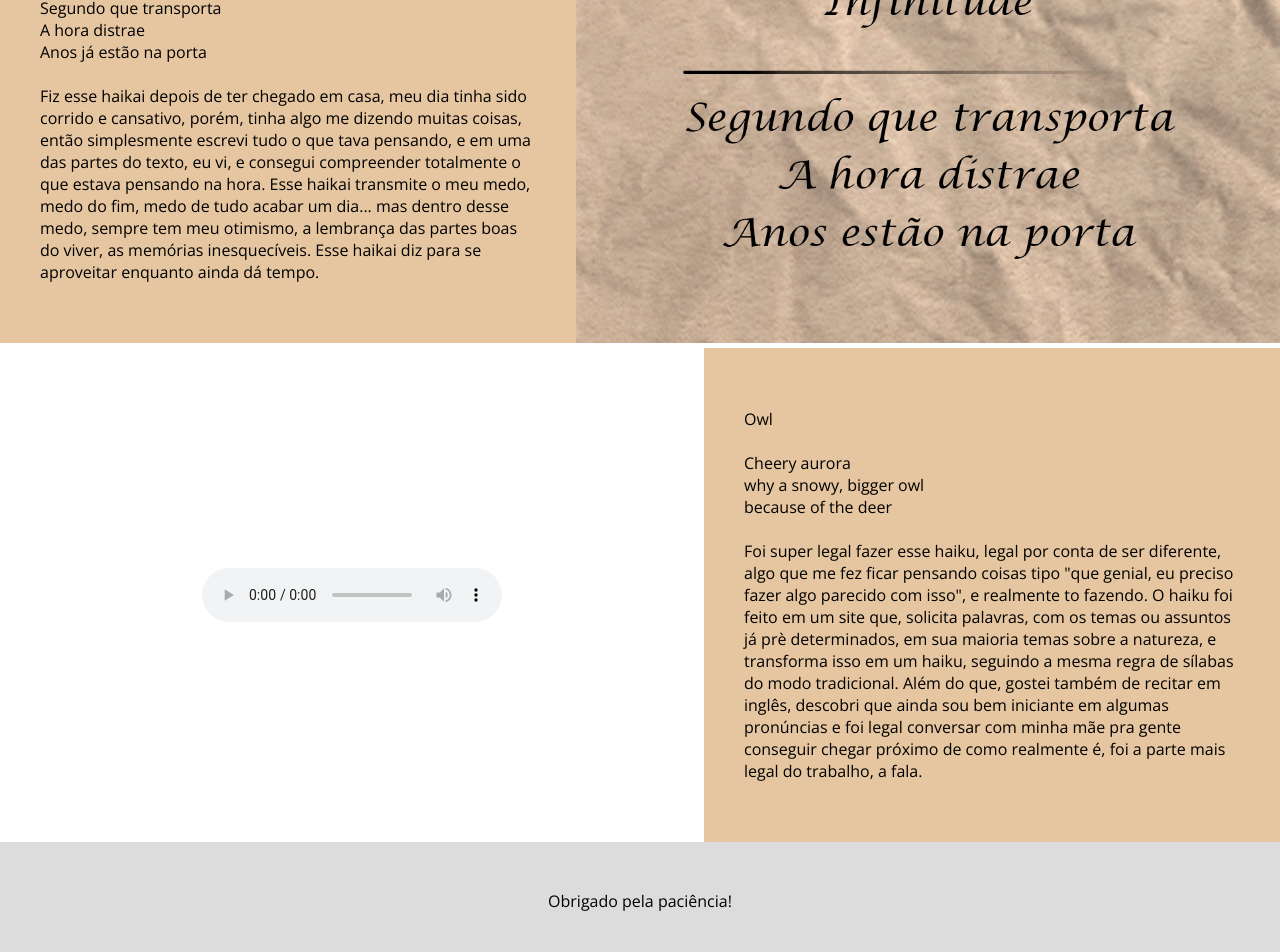
Repository: NewMatheusED/portfolio-linguagens
Page: index.html
These files come from the project's save history. The page is drawn as it stood at one moment and after the next save; the edit follows.
The browser window is 1280 px wide. The pictures show the part of the page from y = 1324 to 2276 px (the page is 2276 px tall before and 2196 px after).

Above is the page before, as saved 2022-11-20 23:08:11.

### index.html
<!DOCTYPE html>
<html lang="pt-br">
<head>
    <meta charset="UTF-8">
    <link href="https://fonts.googleapis.com/css2?family=Open+Sans&display=swap" rel="stylesheet">
    <link rel="stylesheet" href="style.css">
    <meta name="viewport" content="width=device-width, initial-scale=1.0">
    <meta name="description" content="Trabalho Integrado de linguagens 4º bimestre">
    <meta name="keywords" content="LandingPage,Início,Começo">
    <meta name="author" content="Matheus Eduardo">
    <title>Integrado de Linguagens</title>
</head>
<body>
    <header>
        <div class="container">
            <h2>MATHEUS EDUARDO MENDONÇA GOMES</h2>
            <div class="clear"></div><!--clear-->
        </div><!--container-->
    </header>

    <section class="chamada">
        <div class="container">
           <div><h2>Trabalho Integrado de Linguagens</h2></div>
            <div><p>Olá! Esse é meu portfólio com os trabalhos produzidos na área. Espero que goste!
            </p></div>
                <div class="arrow"></div>
                </div><!--container-->
    </section><!--chamada-->

    <section class="mosaico">

        <div class="container">

            <div class="flex-mosaico">
                <div class="item-1-mosaico" style="background-image: url(cobra.jpg);">
                </div><!--item-1-mosaico-->

                <div class="item-2-mosaico">
                    <p><b></b>Como proposta para a área de arte, tivemos que desenhar algo para ser a logo da nossa sala, e assim fazer uma estampa de camisa. O tema foi sorteado pela sala, cobra, algo que não me agradou muito, porém tudo bem... Como ideia, quis fazer uma cobra em movimento, para se fixar em posição de ataque. Fiz algo minimalista, porém com uma leve textura para dar inpressão de pele mais grossa.</p>
                </div><!--item-2-mosaico-->
            </div><!--flex-mosaico-->

            <div class="flex-mosaico" style="flex-direction: row-reverse;">
                <div class="item-1-mosaico" style="background-image: url(bordado.jpg);">
                </div><!--item-1-mosaico-->

                <div class="item-2-mosaico">
                    <p>Sendo o trabalho mais legal e mais chato ao mesmo tempo, fazer o bordado foi algo que saiu do que esperava. Ainda não posso dizer que entendi o porquê dessa solicitação, porém foi legal ficar fazendo isso com a minha mãe, algo que realmente me distraiu demais. Esse processo lento, porém, cada fio passado você repara a evolução. Gostei desse trabalho por isso, pelo o que me fez sentir no processo, e não gostei por conta de ter demorado um tanto bom pra aprender em casa.</p>
                </div><!--item-2-mosaico-->
            </div><!--flex-mosaico-->

            <div class="flex-mosaico">
                <div class="item-1-mosaico" style="background-image: url(kendo.gif); background-size: contain">
                </div><!--item-1-mosaico-->

                <div class="item-2-mosaico">
                    <p>Falar sobre o kendo foi também bem diferente pra mim, principalmente por não conhecer antes o esporte. Mas tirando isso, eu gostei demais de pesquisar e apresentar sobre, descobrir nomes novos, movimentos diferentes, começei a pensar nos movimentos que fazia e associar isso ao próprio kendo. Foi uma forma de abrir meu leque cultural e descobrir coisas novas que são do meu gosto, então fazer esse gif foi legal até, mesmo que rápido.</p>
                </div><!--item-2-mosaico-->
            </div><!--flex-mosaico-->

            <div class="flex-mosaico" style="flex-direction: row-reverse;">
                <div class="item-1-mosaico" style="background-image: url(haikai.jpg);">
                </div><!--item-1-mosaico-->

                <div class="item-2-mosaico">
                    <p>Infinitude<br><br>
                        Segundo que transporta<br>
                        A hora distrae<br>
                        Anos já estão na porta<br><br>
                    Fiz esse haikai depois de ter chegado em casa, meu dia tinha sido corrido e cansativo, porém, tinha algo me dizendo muitas coisas, então simplesmente escrevi tudo o que tava pensando, e em uma das partes do texto, eu vi, e consegui compreender totalmente o que estava pensando na hora. Esse haikai transmite o meu medo, medo do fim, medo de tudo acabar um dia... mas dentro desse medo, sempre tem meu otimismo, a lembrança das partes boas do viver, as memórias inesquecíveis. Esse haikai diz para se aproveitar enquanto ainda dá tempo.</p>
                </div><!--item-2-mosaico-->
            </div><!--flex-mosaico-->

            <div class="flex-mosaico">
                <div class="item-1-mosaico">
                    <audio controls>
                        <source src="Haiku.mp3" type="audio/mpeg">
                    </audio>
                </div><!--item-1-mosaico-->

                <div class="item-2-mosaico">
                    <p>Owl<br><br>
                        Cheery aurora<br>
                        why a snowy, bigger owl<br>
                        because of the deer<br><br>
                    Foi super legal fazer esse haiku, legal por conta de ser diferente, algo que me fez ficar pensando coisas tipo "que genial, eu preciso fazer algo parecido com isso", e realmente to fazendo. O haiku foi feito em um site que, solicita palavras, com os temas ou assuntos já prè determinados, em sua maioria temas sobre a natureza, e transforma isso em um haiku, seguindo a mesma regra de sílabas do modo tradicional. Além do que, gostei também de recitar em inglês, descobri que ainda sou bem iniciante em algumas pronúncias e foi legal conversar com minha mãe pra gente conseguir chegar próximo de como realmente é, foi a parte mais legal do trabalho, a fala. </p>
                </div><!--item-2-mosaico-->
            </div><!--flex-mosaico-->
        </div><!--container-->
    </section><!--mosaico-->

    <footer>
        <div class="container">
        <p>Obrigado pela paciência!</p>
        </div><!--container-->
    </footer>
</body>
</html>

### style.css
* {
    margin: 0;
    padding: 0;
    box-sizing: border-box;
    font-family: 'Open Sans', sans-serif;
}

html, body {
    height: 100%;
}

.clear {
    clear: both;
}

.container {
    width: 100%;
    max-width: 1280px;
    margin: 0 auto;
}

header {
    background-color: rgb(220,220,220);
    padding: 10px 2% 20px 2%;
    text-align: center;
}

.logo-1 {
    float: left;
    margin-top: 10px;
    width: 150px;
    height: 60px;
    background-image: url(../projeto_02/logo1.png);
    background-size: 100% auto;
    background-position: center;
    background-repeat: no-repeat;
}

.logo-2 {
    float: right;
    width: 160px;
    height: 60px;
    background-image: url(../projeto_02/logo2.png);
    background-size: 100% auto;
    background-position: center;
    background-repeat: no-repeat;
}

.cover-form {
    width: 100%;
}

.bg {
    position: relative;
    height: 560px;
    background-size: cover;
    background-position: center;
    background-image: url(../projeto_02/bg-form.jpg);
}

.form-container {
    position: absolute;
    right: 30px;
    top: -2.5%;
    box-shadow: 2px 2px 2px 1px rgb(180,180,180);
    width: 400px;
    height: 105%;
    background-color: white;
}

.form-container h2 {
    font-weight: normal;
    font-size: 18px;
    color: black;
    padding: 25px 15px;
    background-color: rgb(210,210,210);
}

.form-container form {
    margin-top: 20px;
    padding: 15px;
}

.form-container form p {
    font-size: 13px;
    color: #525252;
}

.form-wraper:not(:first-child) {
    margin-top: 40px;
}

.form-wraper:last-child {
    margin-top: 20px;
}

.form-container form input[type=text] {
    width: 100%;
    border: 1px solid #ccc;
    height: 45px;
    line-height: 45px;
    padding-left: 10px;
}

.form-container form input[type=submit] {
    background-color: #033C50;
    text-transform: uppercase;
    color: white;
    width: 100%;
    font-size: 17px;
    height: 50px;
    cursor: pointer;
    border: none;
}

.chamada {
    z-index: 0;
    width: 100%;
    text-align: center;
}

.arrow {
    width: 64px;
    height: 64px;
    z-index: 3;
    background-image: url(../projeto_02/arrow.png);
    background-size: 100% 100%;
    position: relative;
    top: -183px;
    left: 50%;
    margin-left: -20px;
}

.chamada .container {
    padding: 70px 0 50px 0;
    background-color: #887968;
}

.chamada h2 {
    text-transform: uppercase;
    width: 98%;
    max-width: 700px;
    display: inline-block;
    color: white;
    font-size: 35px;
    font-weight: normal;
}

.chamada p {
    width: 98%;
    font-size: 20px;
    color: white;
    margin-top: 10px;
    font-weight: normal;
}

.flex-mosaico {
    display: flex;
    margin-top: 5px;
}

.item-1-mosaico {
    background-size: cover;
    background-repeat: no-repeat;
    background-position: center;
    width: 55%;
}

.item-1-mosaico audio {
    position: relative;
    left: 50%;
    top: 50%;
    transform: translate(-50%, -50%);
}

.item-2-mosaico {
    background-color: #e5c6a0;
    color: black;
    padding: 60px 40px;
    width: 45%;
}

footer .container {
    text-align: center;
    padding: 40px 0;
    background-color: rgb(220,220,220);
}

footer p {
    margin-top: 8px;
}

footer img {
    width: 150px;
    margin-top: 30px;
}

@media screen and (max-width: 960px) {

    .bg {
        height: auto;
        padding: 40px 0;
        text-align: center;
    }

    .form-container {
        height: auto;
        width: 96%;
        max-width: 400px;
        display: inline-block;
        position: static;
    }
}

@media screen and (max-width:768px) {
    .flex-mosaico {
        display: block;
    }

    .item-1-mosaico {
        padding-top: 50%;
        width: 100%;
    }

    .item-2-mosaico {
        text-align: justify;
        width: 100%;
    }
}

@media screen and (max-width: 510px) {
    header {
        text-align: center;
    }

    .logo-1, .logo-2 {
        right: 0;
        text-align: center;
        margin-top: 10px;
        display: inline-block;
        float: none;
    }
}

After the next save:
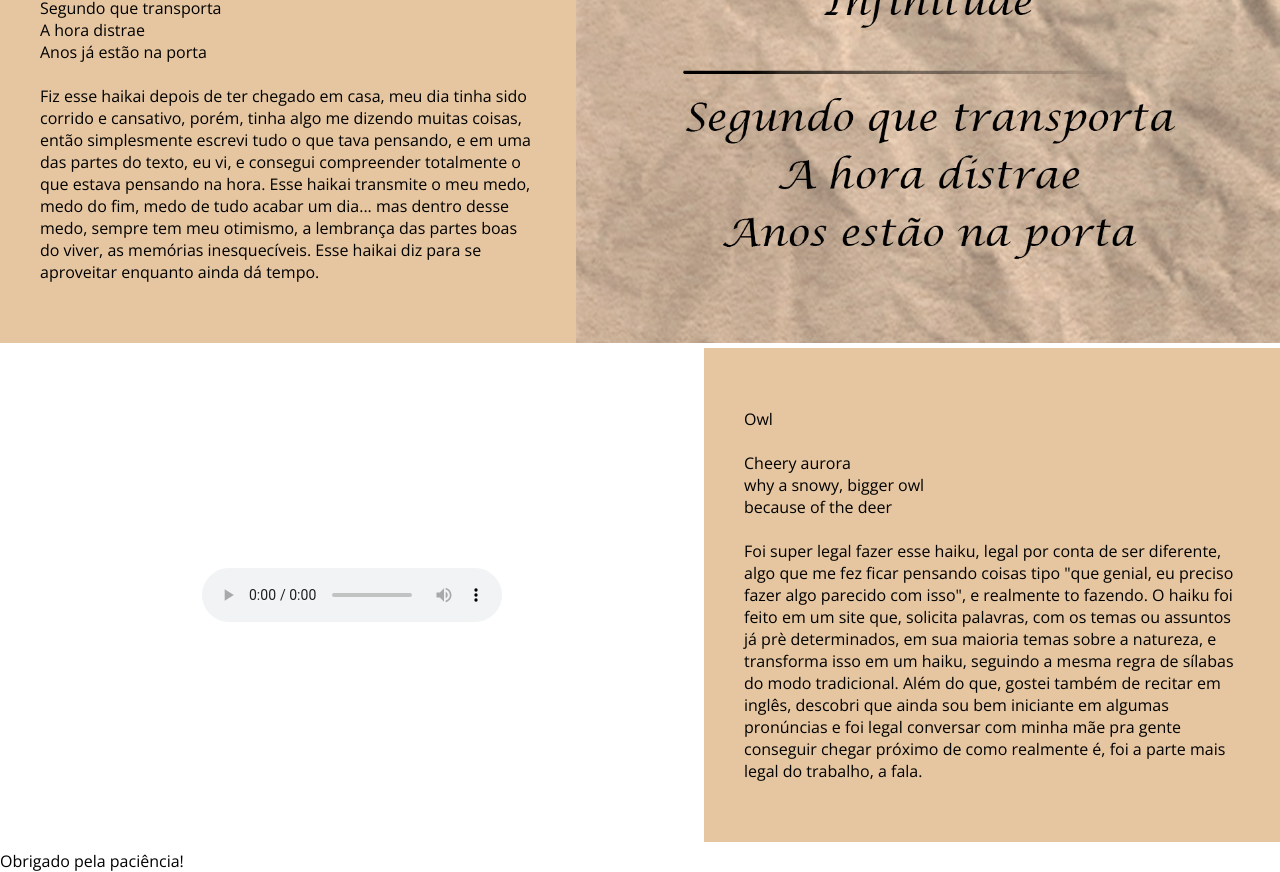
Saved 9 s later.
--- a/style.css
+++ b/style.css
@@ -180,6 +180,8 @@ header {
     width: 45%;
 }
 
+.item
+
 footer .container {
     text-align: center;
     padding: 40px 0;
